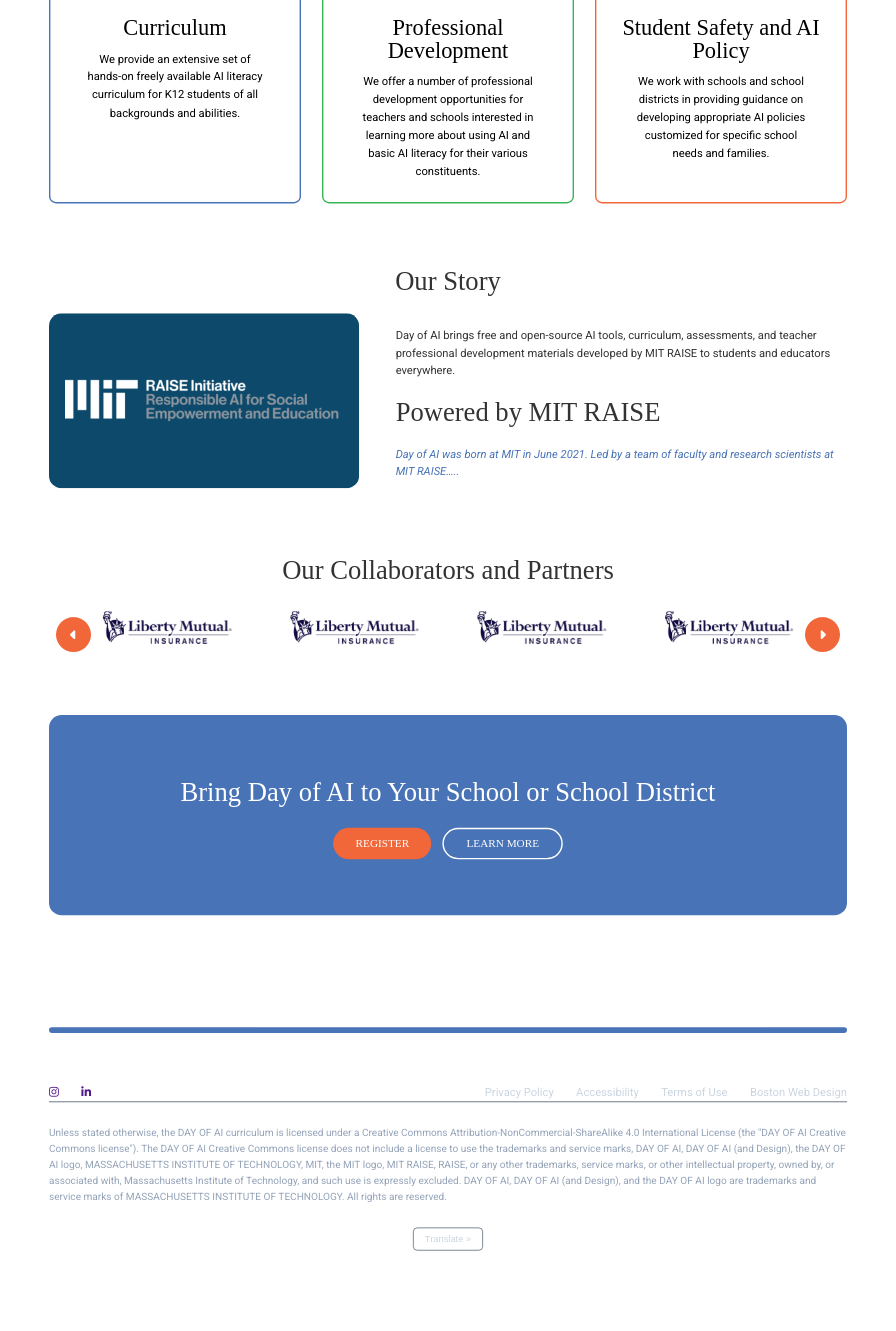
Repository: dinhtri123/dayofai
Page: index.html
The author's editor kept a copy of each file at every save. The page is drawn from the files as they stood at one save, then again after the next save.
The browser window is 1280 px wide. The pictures show the part of the page from y = 1682 to 3602 px (the page is 3583 px tall before and 3602 px after), at 70% of full size.
A picture or video elsewhere on the page could not be fetched, so the positions and the page height are approximate. Some web fonts or font styles are not loaded; a fallback is used.

Above is the page before, as saved 2025-06-29 19:41:01.

After the next save:
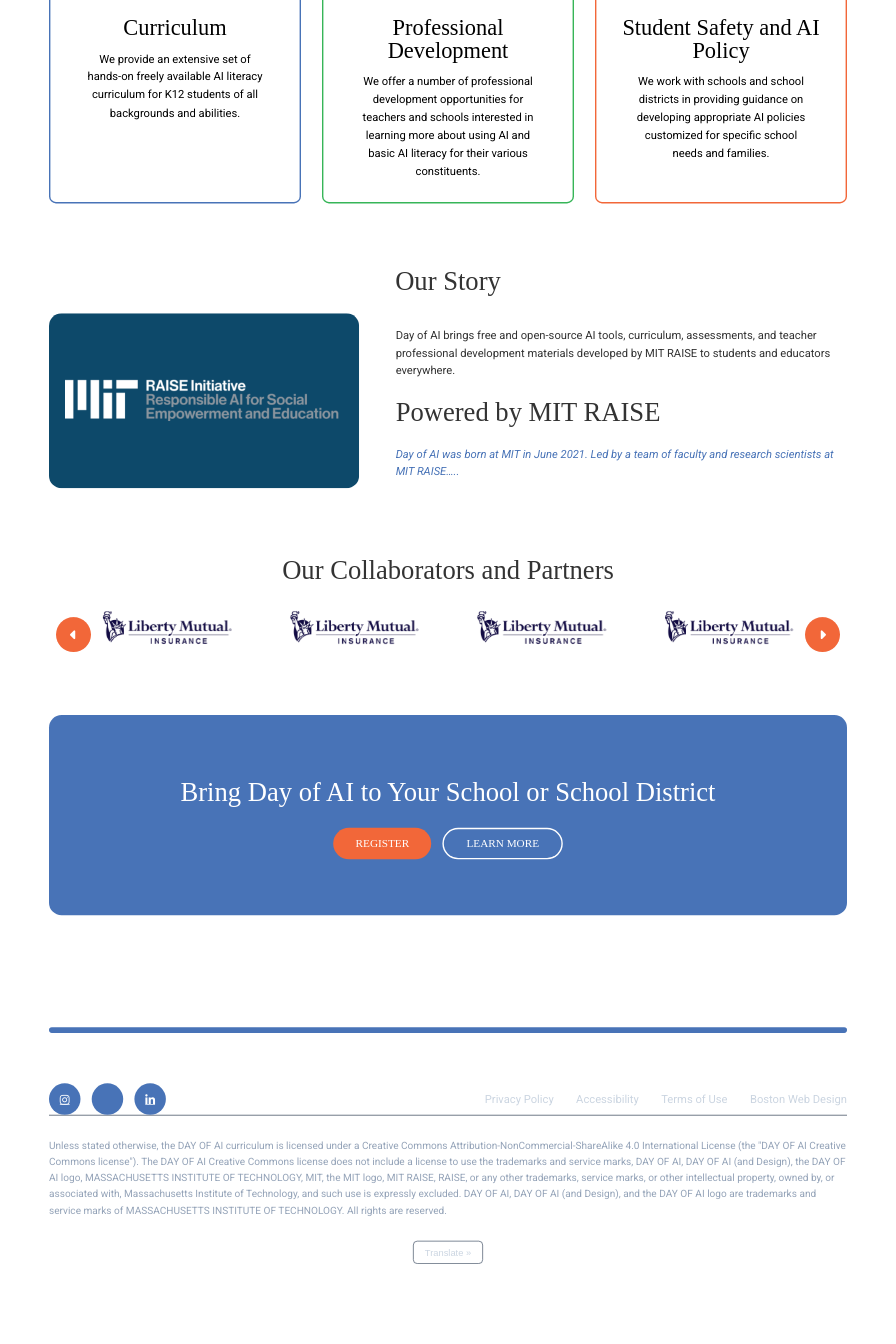
Saved 28 s later.
--- a/styles.css
+++ b/styles.css
@@ -505,8 +505,16 @@
   gap: 16px;
 }
 .footer-social a {
-
-}
+  width: 45px;
+  height: 45px;
+  border-radius: 50%;
+  background: var(--color-primary);
+  display: flex;
+  align-items: center;
+  justify-content: center;
+  color: white;
+}
+
 .footer-links {
   display: flex;
   gap: 2rem;
